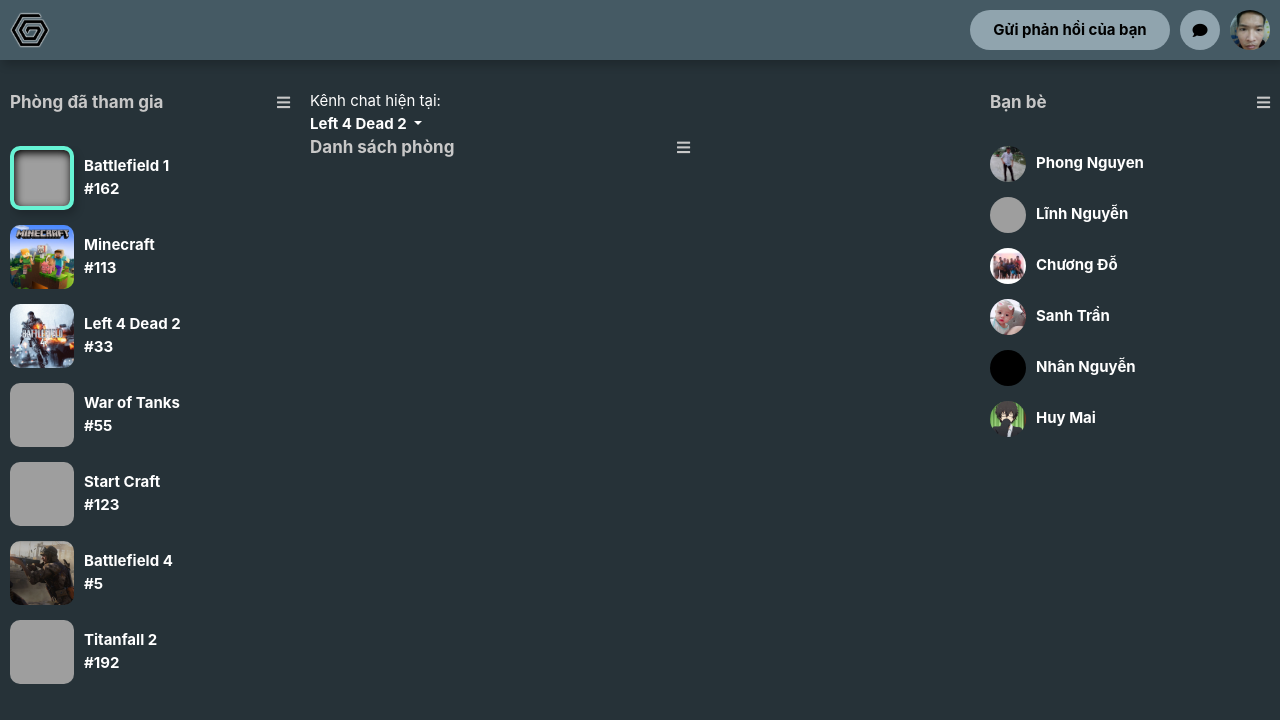
Repository: GammingCommnunity/docs
Page: web-layout/v2/html/index.html
These files come from the project's save history. The page is drawn as it stood at one moment and after the next save; the edit follows.
The browser window is 1280 px wide. The pictures show the whole page.
Pictures or frames that could not be fetched are drawn as grey boxes.

Above is the page before, as saved 2020-03-06 10:55:00.

After the next save:
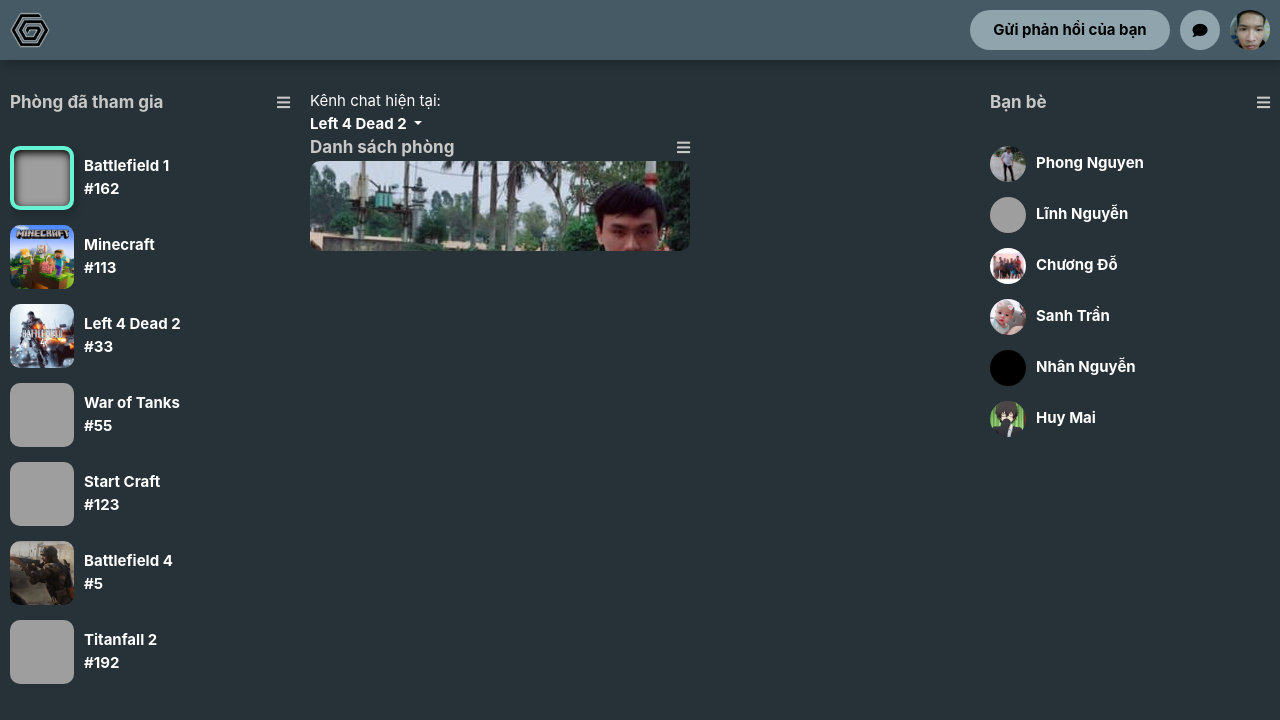
Saved 41 s later.
--- a/web-layout/v2/html/index.html
+++ b/web-layout/v2/html/index.html
@@ -322,6 +322,12 @@
 			flex-grow: 1;
 			height: 100%;
 		}
+
+		.rooms-item{
+			width: 100%;
+			height: 90px;
+			border-radius: 10px;
+		}
 	</style>
 
 
